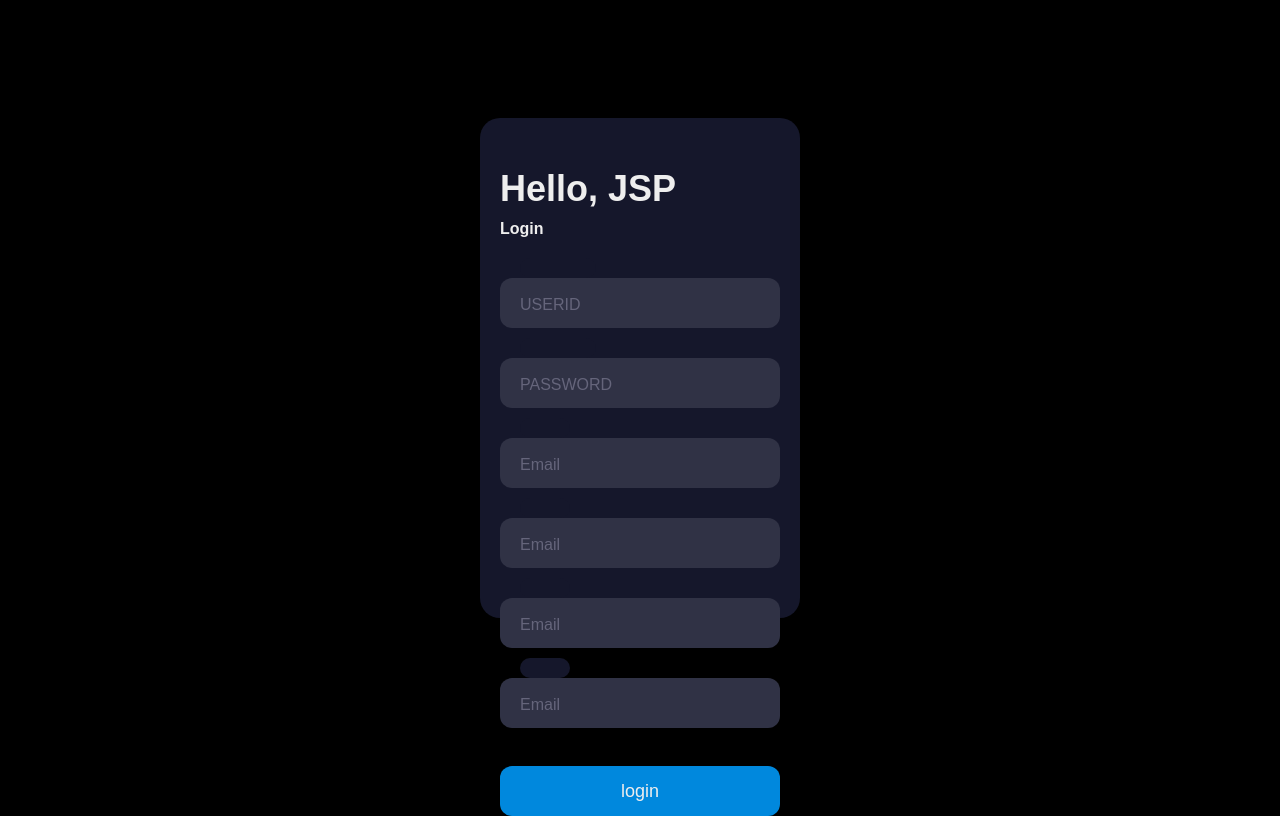
Repository: uhhuhhmm/JSP-Servlet-Class
Page: http://localhost/web03/form304.jsp
These files come from the project's save history. The page is drawn as it stood at one moment and after the next save; the edit follows.
The browser window is 1280 px wide. The pictures show the whole page.
The page is served by Tomcat 9. Other server files are loaded and not shown.

Above is the page before, as saved 2022-07-15 02:07:28.

### web03/WebContent/form304.jsp
<%@ page language="java" contentType="text/html; charset=UTF-8"
    pageEncoding="UTF-8"%>
    <%
	request.setCharacterEncoding("UTF-8");
%>
<jsp:useBean id="member" class="com.j.javabeans.MemberBean"></jsp:useBean>
<jsp:setProperty property="*" name="member"/>
<!DOCTYPE html>
<html>
<head>
<meta charset="UTF-8">
<title>Login</title>
<style type="text/css">
body {
  align-items: center;
  background-color: #000;
  display: flex;
  justify-content: center;
  height: 100vh;
}

.form {
  background-color: #15172b;
  border-radius: 20px;
  box-sizing: border-box;
  height: 500px;
  padding: 20px;
  width: 320px;
}

.title {
  color: #eee;
  font-family: sans-serif;
  font-size: 36px;
  font-weight: 600;
  margin-top: 30px;
}

.subtitle {
  color: #eee;
  font-family: sans-serif;
  font-size: 16px;
  font-weight: 600;
  margin-top: 10px;
}

.input-container {
  height: 50px;
  position: relative;
  width: 100%;
}

.ic1 {
  margin-top: 40px;
}

.ic2 {
  margin-top: 30px;
}

.input {
  background-color: #303245;
  border-radius: 12px;
  border: 0;
  box-sizing: border-box;
  color: #eee;
  font-size: 18px;
  height: 100%;
  outline: 0;
  padding: 4px 20px 0;
  width: 100%;
}

.cut {
  background-color: #15172b;
  border-radius: 10px;
  height: 20px;
  left: 20px;
  position: absolute;
  top: -20px;
  transform: translateY(0);
  transition: transform 200ms;
  width: 76px;
}

.cut-short {
  width: 50px;
}

.input:focus ~ .cut,
.input:not(:placeholder-shown) ~ .cut {
  transform: translateY(8px);
}

.placeholder {
  color: #65657b;
  font-family: sans-serif;
  left: 20px;
  line-height: 14px;
  pointer-events: none;
  position: absolute;
  transform-origin: 0 50%;
  transition: transform 200ms, color 200ms;
  top: 20px;
}

.input:focus ~ .placeholder,
.input:not(:placeholder-shown) ~ .placeholder {
  transform: translateY(-30px) translateX(6px) scale(0.75);
}

.input:not(:placeholder-shown) ~ .placeholder {
  color: #808097;
}

.input:focus ~ .placeholder {
  color: #dc2f55;
}

.submit {
  background-color: #08d;
  border-radius: 12px;
  border: 0;
  box-sizing: border-box;
  color: #eee;
  cursor: pointer;
  font-size: 18px;
  height: 50px;
  margin-top: 38px;
  // outline: 0;
  text-align: center;
  width: 100%;
}

.submit:active {
  background-color: #06b;
}
</style>
</head>
<body>
<form method="post" action="addMember298.jsp">
<div class="form">
      <div class="title">Hello, JSP</div>
      <div class="subtitle">Login</div>
      <div class="input-container ic1">
        <input id="userid" name="id" class="input" type="text" placeholder=" " />
        <div class="cut"></div>
        <label for="userid" class="placeholder">USERID</label>
      </div>
      <div class="input-container ic2">
        <input id="userpwd" name="pwd" class="input" type="text" placeholder=" " />
        <div class="cut"></div>
        <label for="userpwd" class="placeholder">PASSWORD</label>
      </div>
      <div class="input-container ic2">
        <input id="email" class="input" type="text" placeholder=" " />
        <div class="cut cut-short"></div>
        <label for="email" class="placeholder">Email</>
      </div>
      <div class="input-container ic2">
        <input id="email" class="input" type="text" placeholder=" " />
        <div class="cut cut-short"></div>
        <label for="email" class="placeholder">Email</>
      </div>
      <div class="input-container ic2">
        <input id="email" class="input" type="text" placeholder=" " />
        <div class="cut cut-short"></div>
        <label for="email" class="placeholder">Email</>
      </div>
      <div class="input-container ic2">
        <input id="email" class="input" type="text" placeholder=" " />
        <div class="cut cut-short"></div>
        <label for="email" class="placeholder">Email</>
      </div>
      <button type="submit" class="submit" value="로그인">login</button>
    </div>
</form>

<!-- 	<form method="post" action="testLogin261.jsp"> -->

<!-- 		<label for="userid"> 아이디 : </label> -->
<!-- 		<input type="text" name="id" id="userid"><br> -->

<!-- 		<label for="userpwd"> 암 &nbsp; 호 : </label> -->
<!-- 		<input type="password" name="pwd" id="userpwd"><br> -->

<!-- 		<input type="submit" value="로그인"> -->

<!-- 	</form> -->
</body>
</html>

### web03/src/com/j/javabeans/MemberBean.java
package com.j.javabeans;

import lombok.Getter;
import lombok.Setter;

@Getter
@Setter
public class MemberBean {
	private String name;
	private String userid;
	private String nickname;
	private String pwd;
	private String email;
	private String phone;


}

After the next save:
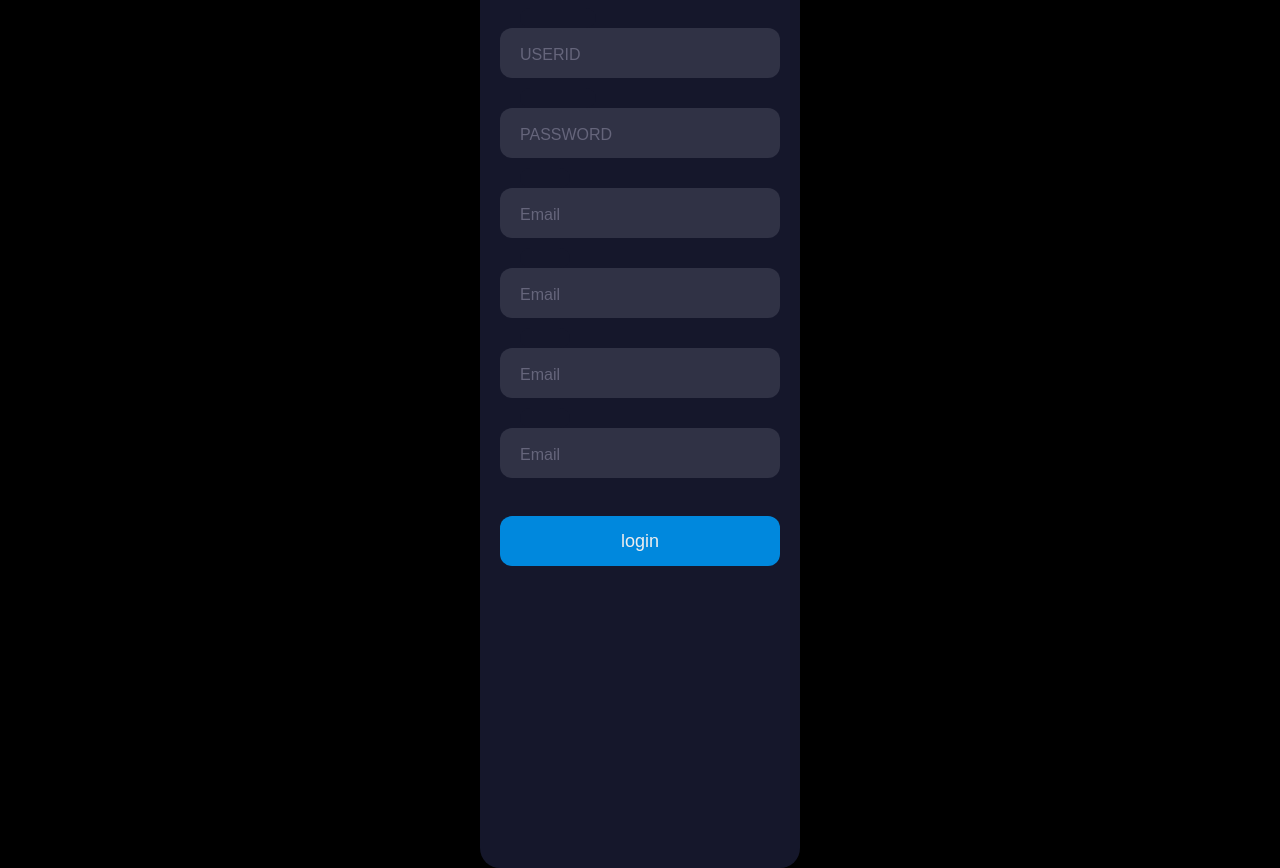
Saved 7 s later.
--- a/web03/WebContent/form304.jsp
+++ b/web03/WebContent/form304.jsp
@@ -23,7 +23,7 @@ body {
   background-color: #15172b;
   border-radius: 20px;
   box-sizing: border-box;
-  height: 500px;
+  height: 1000px;
   padding: 20px;
   width: 320px;
 }
